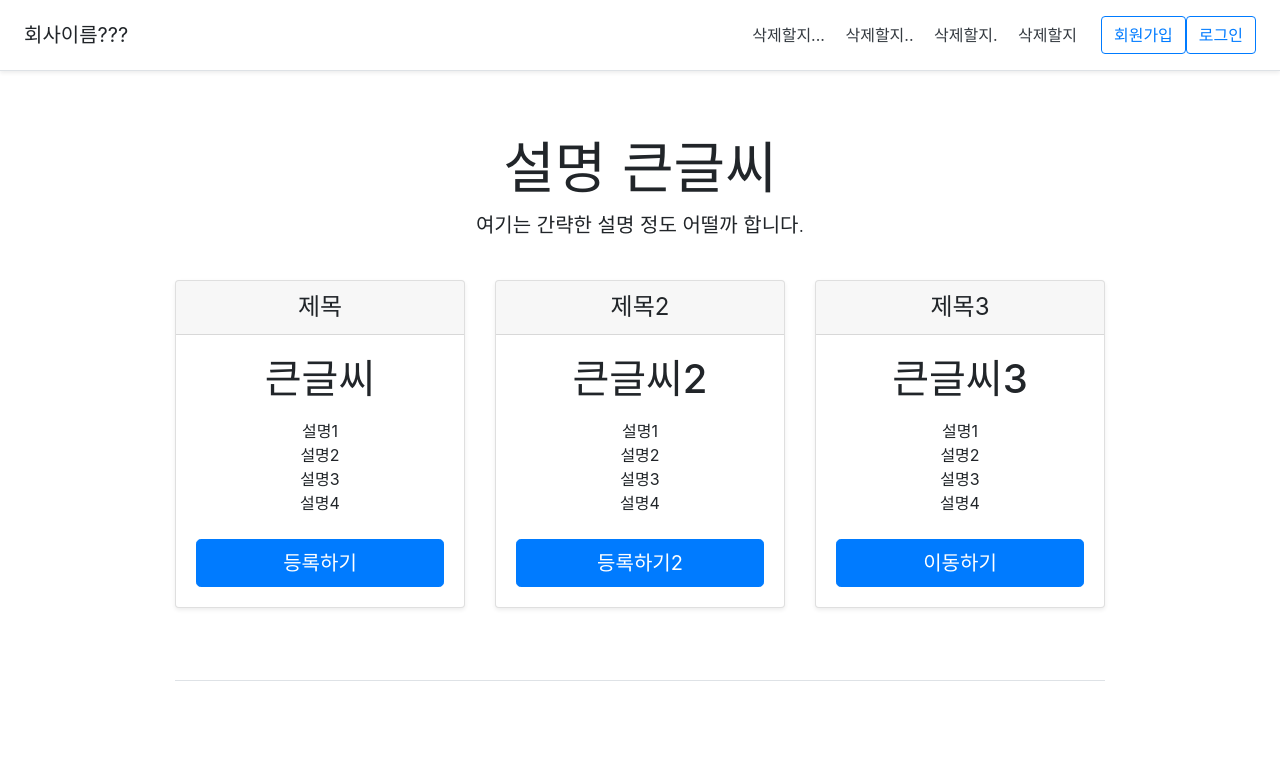
Repository: SettingRhino/innogleantmanager
Page: http://localhost/antmanager/WEB-INF/views/home.jsp
These files come from the project's save history. The page is drawn as it stood at one moment and after the next save; the edit follows.
The browser window is 1280 px wide. The pictures show the whole page.
The page is served by Tomcat 9. Nobody is signed in. Other server files are loaded and not shown. The template is opened directly, without the code that normally fills it, so the values that code supplies are empty.

Above is the page before, as saved 2020-06-07 17:26:12.

### antmanager/src/main/webapp/WEB-INF/views/home.jsp


<%@ page language="java" contentType="text/html; charset=UTF-8"
	pageEncoding="UTF-8"%>
<%@ taglib uri="http://java.sun.com/jsp/jstl/core" prefix="c" %>

<!doctype html>
<html>
  <head>
    <meta charset="utf-8">
    <meta name="viewport" content="width=device-width, initial-scale=1, shrink-to-fit=no">
    <meta name="description" content="">
    <meta name="author" content="Mark Otto, Jacob Thornton, and Bootstrap contributors">
    <meta name="generator" content="Jekyll v4.0.1">
    <title>Pricing example · Bootstrap</title>

    <link rel="canonical" href="https://getbootstrap.com/docs/4.5/examples/pricing/">

    <!-- Bootstrap core CSS -->
<link href="<c:url value="/resources/css/bootstrap.min.css"/>" rel="stylesheet" integrity="sha384-Vkoo8x4CGsO3+Hhxv8T/Q5PaXtkKtu6ug5TOeNV6gBiFeWPGFN9MuhOf23Q9Ifjh" crossorigin="anonymous">

    <!-- Favicons
<link rel="icon" href="/docs/4.5/assets/img/favicons/favicon.ico">
 -->


    <style>
      .bd-placeholder-img {
        font-size: 1.125rem;
        text-anchor: middle;
        -webkit-user-select: none;
        -moz-user-select: none;
        -ms-user-select: none;
        user-select: none;
      }

      @media (min-width: 768px) {
        .bd-placeholder-img-lg {
          font-size: 3.5rem;
        }
      }
    </style>
    <!-- Custom styles for this template -->

    <link href= "<c:url value="/resources/css/pricing.css"/>" rel="stylesheet">
  </head>
  <body>
    <div class="d-flex flex-column flex-md-row align-items-center p-3 px-md-4 mb-3 bg-white border-bottom shadow-sm">
  <h5 class="my-0 mr-md-auto font-weight-normal">회사이름???</h5>
  <nav class="my-2 my-md-0 mr-md-3">
    <a class="p-2 text-dark" href="#">삭제할지...</a>
    <a class="p-2 text-dark" href="#">삭제할지..</a>
    <a class="p-2 text-dark" href="#">삭제할지.</a>

    <a class="p-2 text-dark" href="<c:url value="/test"/>">삭제할지</a>
  </nav>
  <a class="btn btn-outline-primary" href="<c:url value="/user/signup"/>">회원가입</a>
  <a class="btn btn-outline-primary" href="<c:url value="/login"/>">로그인</a>
</div>

<div class="pricing-header px-3 py-3 pt-md-5 pb-md-4 mx-auto text-center">
  <h1 class="display-4">설명 큰글씨</h1>
  <p class="lead">여기는 간략한 설명 정도 어떨까 합니다.</p>
</div>

<div class="container">
  <div class="card-deck mb-3 text-center">
    <div class="card mb-4 shadow-sm">
      <div class="card-header">
        <h4 class="my-0 font-weight-normal">제목</h4>
      </div>
      <div class="card-body">
        <h1 class="card-title pricing-card-title">큰글씨</h1>
        <ul class="list-unstyled mt-3 mb-4">
          <li>설명1</li>
          <li>설명2</li>
          <li>설명3</li>
          <li>설명4</li>
        </ul>
        <button type="button" class="btn btn-lg btn-block btn-primary"href="#">등록하기</button>
      </div>
    </div>
    <div class="card mb-4 shadow-sm">
      <div class="card-header">
        <h4 class="my-0 font-weight-normal">제목2</h4>
      </div>
      <div class="card-body">
        <h1 class="card-title pricing-card-title">큰글씨2</h1>
        <ul class="list-unstyled mt-3 mb-4">
          <li>설명1</li>
          <li>설명2</li>
          <li>설명3</li>
          <li>설명4</li>
        </ul>
        <button type="button" class="btn btn-lg btn-block btn-primary"href="#">등록하기2</button>
      </div>
    </div>
    <div class="card mb-4 shadow-sm">
      <div class="card-header">
        <h4 class="my-0 font-weight-normal">제목3</h4>
      </div>
      <div class="card-body">
        <h1 class="card-title pricing-card-title">큰글씨3</h1>
        <ul class="list-unstyled mt-3 mb-4">
       <li>설명1</li>
          <li>설명2</li>
          <li>설명3</li>
          <li>설명4</li>
        </ul>
        <button type="button" class="btn btn-lg btn-block btn-primary"href="#">이동하기</button>
      </div>
    </div>
  </div>

  <footer class="pt-4 my-md-5 pt-md-5 border-top">
  <!--
    <div class="row">
      <div class="col-12 col-md">
        <img class="mb-2" src="/docs/4.5/assets/brand/bootstrap-solid.svg" alt="" width="24" height="24">
        <small class="d-block mb-3 text-muted">&copy; 2017-2020</small>
      </div>
      <div class="col-6 col-md">
        <h5>Features</h5>
        <ul class="list-unstyled text-small">
          <li><a class="text-muted" href="#">Cool stuff</a></li>
          <li><a class="text-muted" href="#">Random feature</a></li>
          <li><a class="text-muted" href="#">Team feature</a></li>
          <li><a class="text-muted" href="#">Stuff for developers</a></li>
          <li><a class="text-muted" href="#">Another one</a></li>
          <li><a class="text-muted" href="#">Last time</a></li>
        </ul>
      </div>
      <div class="col-6 col-md">
        <h5>Resources</h5>
        <ul class="list-unstyled text-small">
          <li><a class="text-muted" href="#">Resource</a></li>
          <li><a class="text-muted" href="#">Resource name</a></li>
          <li><a class="text-muted" href="#">Another resource</a></li>
          <li><a class="text-muted" href="#">Final resource</a></li>
        </ul>
      </div>
      <div class="col-6 col-md">
        <h5>About</h5>
        <ul class="list-unstyled text-small">
          <li><a class="text-muted" href="#">Team</a></li>
          <li><a class="text-muted" href="#">Locations</a></li>
          <li><a class="text-muted" href="#">Privacy</a></li>
          <li><a class="text-muted" href="#">Terms</a></li>
        </ul>
      </div>
    </div> -->
  </footer>
</div>
</body>
</html>

### antmanager/src/main/webapp/resources/css/pricing.css
@charset "UTF-8";
html {
  font-size: 14px;
}
@media (min-width: 768px) {
  html {
    font-size: 16px;
  }
}

.container {
  max-width: 960px;
}

.pricing-header {
  max-width: 700px;
}

.card-deck .card {
  min-width: 220px;
}

Loaded but not shown: antmanager/src/main/webapp/resources/css/bootstrap.min.css (library)

After the next save:
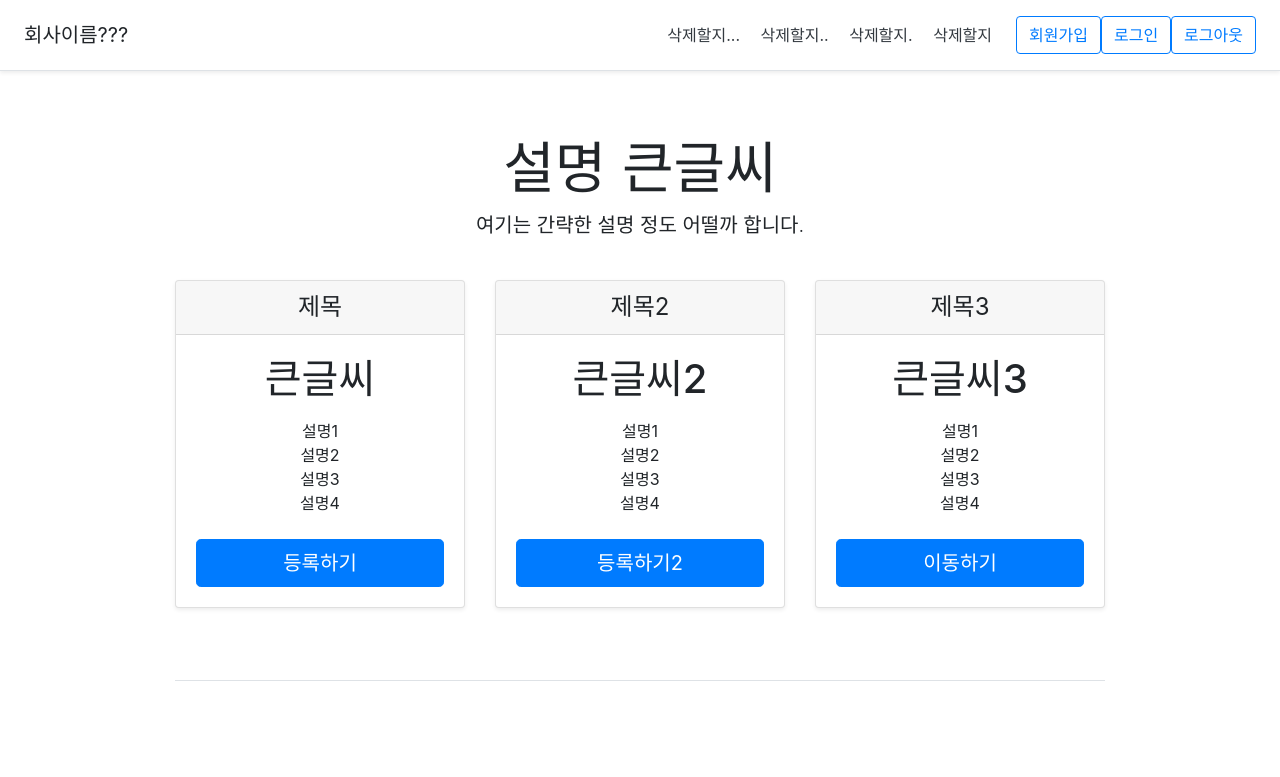
Saved 24 s later.
--- a/antmanager/src/main/webapp/WEB-INF/views/home.jsp
+++ b/antmanager/src/main/webapp/WEB-INF/views/home.jsp
@@ -56,6 +56,7 @@
   </nav>
   <a class="btn btn-outline-primary" href="<c:url value="/user/signup"/>">회원가입</a>
   <a class="btn btn-outline-primary" href="<c:url value="/login"/>">로그인</a>
+  <a class="btn btn-outline-primary" href="<c:url value="/login"/>">로그아웃</a>
 </div>
 
 <div class="pricing-header px-3 py-3 pt-md-5 pb-md-4 mx-auto text-center">
